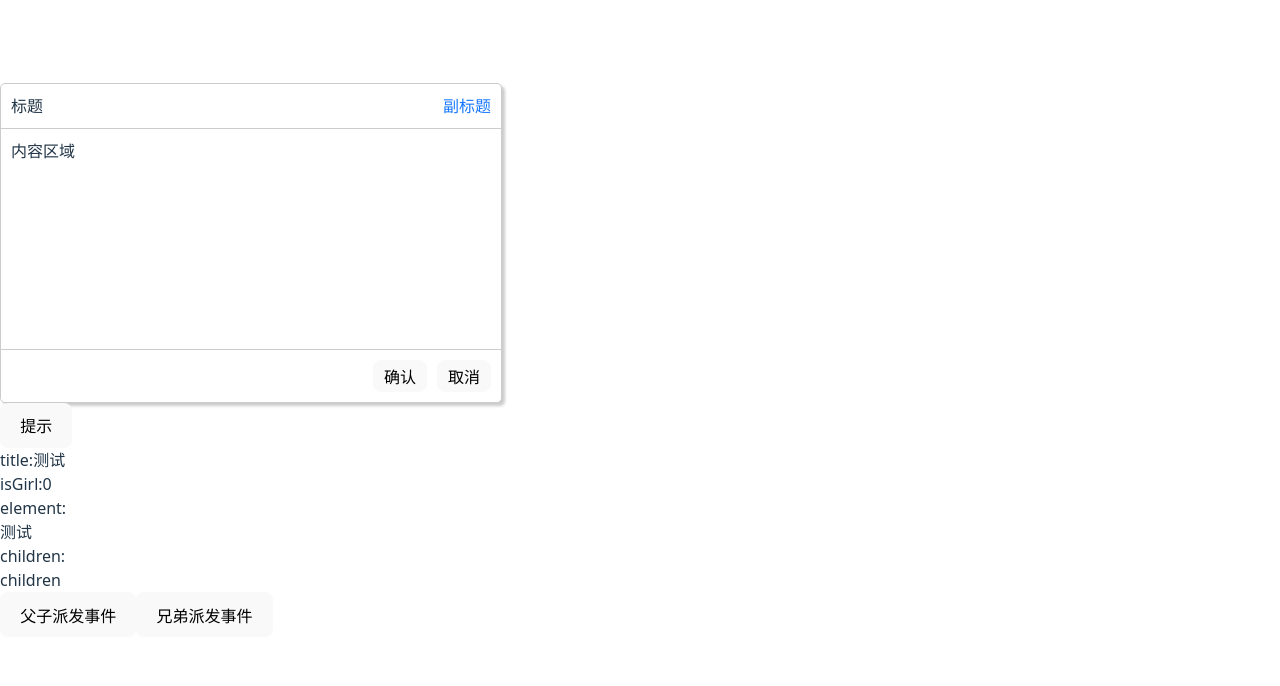
Repository: EDMZJJJ/learn-react
Page: /
The author's editor kept a copy of each file at every save. The page is drawn from the files as they stood at one save, then again after the next save.
The browser window is 1280 px wide. The pictures show the whole page.
The project was rebuilt for these pictures with package versions that can differ from the ones it lists, and the page was loaded fresh each time. Also part of the build but not shown: vite.config.ts, src/components/Message/index.css, src/components/Message/index.tsx.

Above is the page before, as saved 2026-03-11 13:19:48.

### index.html
<!doctype html>
<html lang="en">
  <head>
    <meta charset="UTF-8" />
    <link rel="icon" type="image/svg+xml" href="/vite.svg" />
    <meta name="viewport" content="width=device-width, initial-scale=1.0" />
    <title>learn-react</title>
  </head>
  <body>
    <div id="root"></div>
    <script type="module" src="/src/main.tsx"></script>
  </body>
</html>

### src/main.tsx
import { StrictMode } from 'react'
import { createRoot } from 'react-dom/client'
import './index.css'
import App from './App.tsx'
import './components/Message/index.tsx'
createRoot(document.getElementById('root')!).render(
  <StrictMode>
    <App />
  </StrictMode>,
)

### src/App.tsx
import { lazy } from "react"
import Card from "./components/Card"
import Test from "./components/Test"
const AsyncComponent=lazy(()=>import('./components/Async'))
const App: React.FC = () =>  {
  //所有hook都必须在组件的最顶层调用，不能在循环或条件语句中调用它。
  const fn = (params:string)=>{
    console.log('子组件触发了 父组件的事件',params)
  }
  return (
    <>
      <Card></Card>
      {/* 全局组件 */}
      <button onClick={() => window.onShow()}>提示</button>

      {/* 组件通信 */}
      <Test
        title={'测试'}
        id={1}
        obj={{ a: 1, b: 2 }}
        arr={[1, 2, 3]}
        cb={(a: number, b: number) => a + b}
        empty={null}
        element={<div>测试</div>}
        isGirl={false}
        callback={fn}
      >
        <div>children</div>
      </Test>
    </>
  )
}

export default App

### src/components/Card/index.tsx
import './index.css'

export default function Card() {
  //接受参数
    window.addEventListener('on-card', (e) => {
        console.log(e.params, '兄弟触发了')
    })

    return (
        <div className='card'>
            <header>
                <div>标题</div>
                <div>副标题</div>
            </header>
            <main>
                内容区域
            </main>
            <footer>
                 <button>确认</button>
                 <button>取消</button>
            </footer>
        </div>
    )
}

### src/components/Test/index.tsx
import type { JSX } from "react"
import React from "react"
interface Props {
    title?: string
    id: number
    obj: {
        a: number
        b: number
    }
    arr: number[]
    cb: (a: number, b: number) => number
    empty: null
    element: JSX.Element,
    isGirl:boolean,
    children?:React.ReactNode, //在之前的版本children是不需要手动定义的，在18之后改为需要手动定义类型
    callback:(params: string) => void
}
// 第二种默认值的方式
// const defaultProps: Partial<Props> = {
//     title: '默认标题',
// }
// const Test:React.FC<Props> = (props)=>{
// const { title } = { ...defaultProps, ...props }
//   console.log(props)
//   return (
//     <>
//     <div>title:{title}</div>
//     <div>isGirl:{props.isGirl?1:0}</div>
//     <div>子组件test:{props.element}</div>
//     </>
//   )
// }

// React.FC是函数式组件，是在TS使用的一个范型。FC是Function Component的缩写
// React.FC 帮助我们自动推导Props的类型。

// 第一种默认值的方式
const Test:React.FC<Props> = ({title = '默认标题',...props})=>{
  console.log(props)

  // 兄弟通信
  const event= new Event('on-card') //添加到事件中心
  const clickTap=()=>{
    console.log(event);
    event.params={name:'我见过龙'}
    window.dispatchEvent(event)

  }

  return (
    <>
    <div>title:{title}</div>
    <div>isGirl:{props.isGirl?1:0}</div>
    <div>element:{props.element}</div>
    <div>children:{props.children}</div>
    <button onClick={() => props.callback('我见过龙')}>父子派发事件</button>
    <button onClick={clickTap}>兄弟派发事件</button>
    </>
  )
}

//扩充event类型
declare global {
    interface Event {
        params: any
    }
}
export default Test

### src/components/Card/index.css
.card {
  background: white;
  border-radius: 5px;
  border: 1px solid #ccc;
  width: 500px;
  box-shadow: 3px 3px 3px #ccc;

  header {
    display: flex;
    justify-content: space-between;
    align-items: center;
    border-bottom: 1px solid #ccc;
    padding: 10px;

    div:last-child {
      color: #1677ff;
    }
  }

  main {
    min-height: 200px;
    border-bottom: 1px solid #ccc;
    padding: 10px;
  }
  footer {
    display: flex;
    justify-content: flex-end;
    align-items: center;
    padding: 10px;
    button {
      margin-left: 10px;
      padding: 3px 10px;
    }
  }
}

### src/components/Async/index.tsx
export const AsyncComponent=()=>{
  return <div>Async</div>
}

export default AsyncComponent

Loaded but not shown: src/index.css (common file)

After the next save:
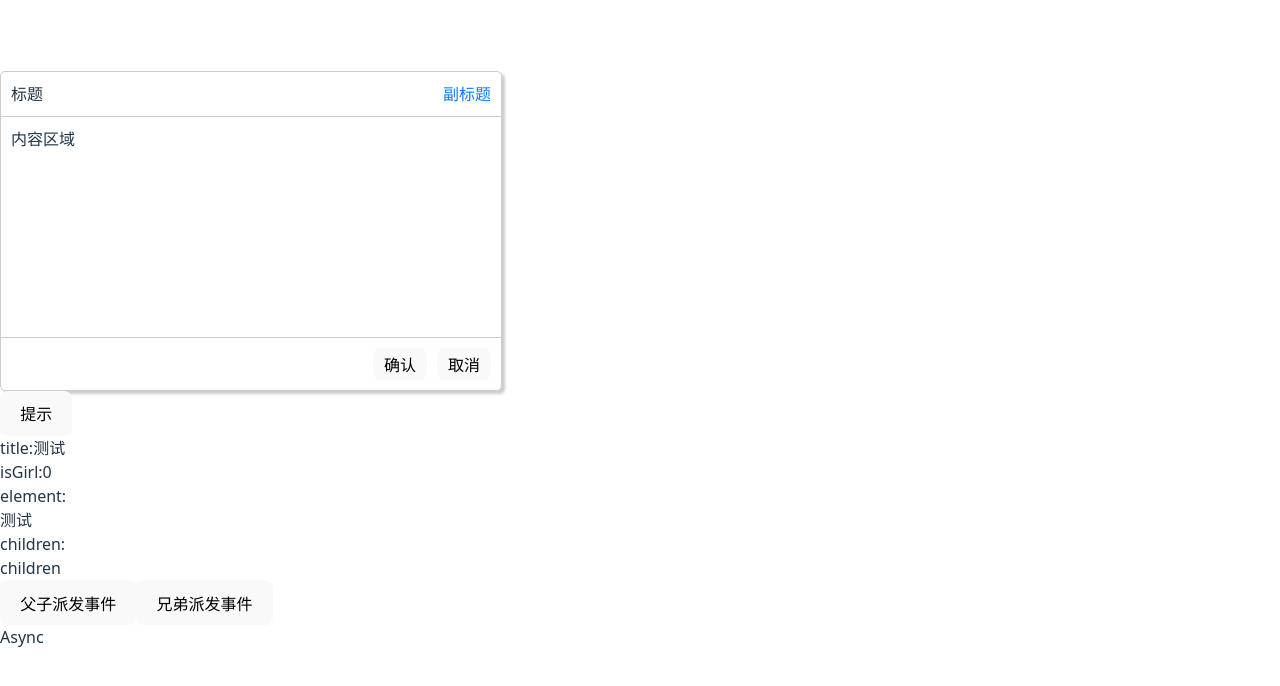
Saved 50 s later.
--- a/src/App.tsx
+++ b/src/App.tsx
@@ -27,6 +27,10 @@ const App: React.FC = () =>  {
       >
         <div>children</div>
       </Test>
+
+      {/* 异步组件 */}
+
+      <AsyncComponent />
     </>
   )
 }
